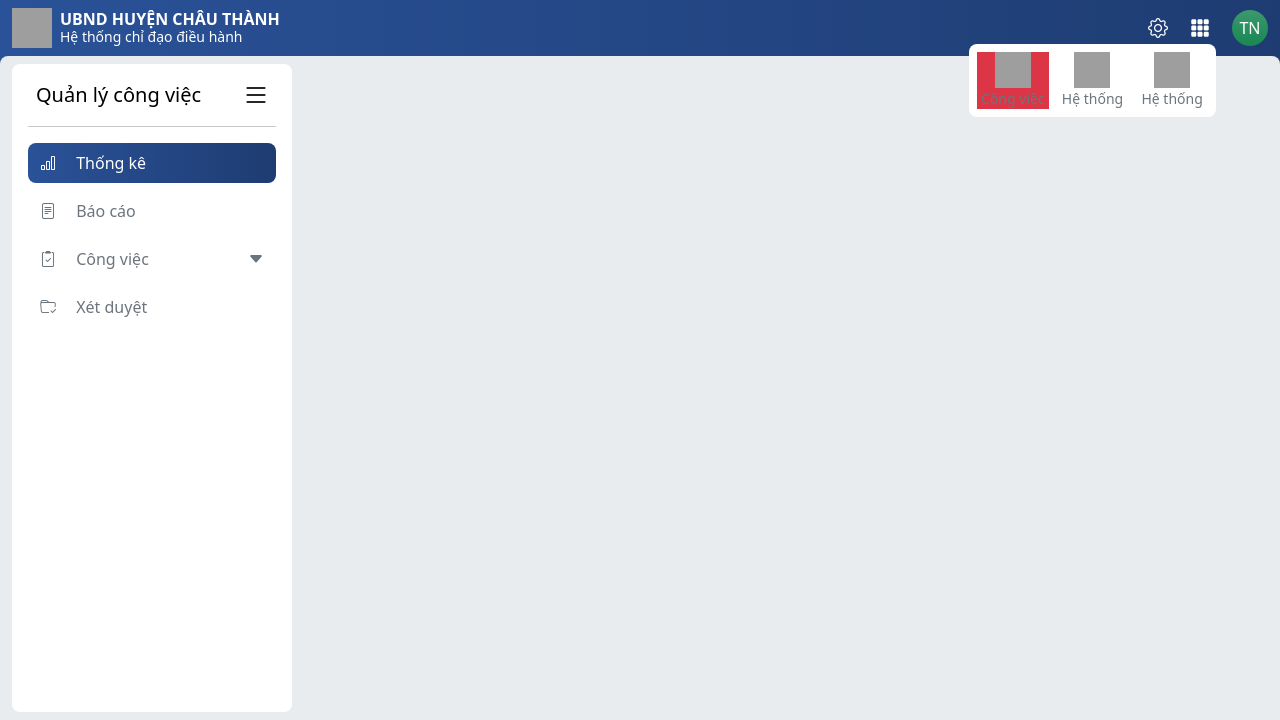
Repository: mys-pro/DATT-HeThongChiDaoDieuHanh
Page: index.html
An editor plug-in stored every save of this project. The page is shown before and after the next save, followed by the edit.
The browser window is 1280 px wide. The pictures show the whole page.
Pictures or frames that could not be fetched are drawn as grey boxes.

Above is the page before, as saved 2024-04-21 15:16:00.

### index.html
<!DOCTYPE html>
<html lang="en">

<head>
    <meta charset="UTF-8">
    <meta name="viewport" content="width=device-width, initial-scale=1.0">
    <link rel="icon" href="./Assets/Image/icon.png" />
    <title>Hệ thống chỉ đạo điều hành</title>
    <link rel="stylesheet" href="./Bootstrap/bootstrap-icons-1.11.3/font/bootstrap-icons.min.css">
    <link rel="stylesheet" href="./Bootstrap/bootstrap-5.3.3-dist/css/bootstrap.min.css">
    <link rel="stylesheet" href="./Assets/css/Styles.css">
    <script src="./Assets/js/jquery-3.7.1.min.js"></script>
    <script src="./Bootstrap/bootstrap-5.3.3-dist/js/bootstrap.bundle.min.js"></script>
    <script src="./Assets/js/script.js"></script>
</head>

<body>
    <div class="app">
        <header class="header">
            <nav class="header__navbar navbar">
                <div class="header__navbar-container container-fluid">
                    <a href="#" class="header__navbar-logo navbar-brand p-0 d-flex">
                        <img class="header__navbar-img" src="./Assets/Image/Logo.png" alt="">
                        <div class="header__navbar-name mx-2 text-white align-content-center">
                            <h6 class="fw-bold p-0 m-0">UBND HUYỆN CHÂU THÀNH</h6>
                            <h6 class="fw-normal p-0 m-0">Hệ thống chỉ đạo điều hành</h6>
                        </div>
                    </a>

                    <ul class="header__navbar-list list-inline p-0 m-0 d-flex">
                        <li class="header__navbar-item ms-3 align-content-center">
                            <a class="border-0 bg-transparent rounded-circle text-white">
                                <i class="bi bi-gear fs-5"></i>
                            </a>
                        </li>
                        <li class="header__navbar-item ms-3 align-content-center position-relative">
                            <button type="button" class="border-0 bg-transparent rounded-circle text-white"
                                id="dropdown-apps">
                                <i class="bi bi-grid-3x3-gap-fill fs-5"></i>
                            </button>
                            <div class="list-apps bg-white rounded-3 position-absolute p-2">
                                <div class="row row-cols-3 g-2">
                                    <div class="col">
                                        <a href="#" class="text-decoration-none text-secondary d-flex flex-column align-items-center bg-danger">
                                            <img src="./Assets/Image/task-icon.png" alt="" width="36px" height="36px">
                                            Công việc
                                        </a>
                                    </div>
                                    <div class="col">
                                        <a href="#" class="text-decoration-none text-secondary d-flex flex-column align-items-center">
                                            <img src="./Assets/Image/admin-icon.png" alt="" width="36px" height="36px">
                                            Hệ thống
                                        </a>
                                    </div>
                                    <div class="col">
                                        <a href="#" class="text-decoration-none text-secondary d-flex flex-column align-items-center">
                                            <img src="./Assets/Image/admin-icon.png" alt="" width="36px" height="36px">
                                            Hệ thống
                                        </a>
                                    </div>
                                </div>
                            </div>
                        </li>
                        <li class="header__navbar-item ms-3">
                            <div
                                class="header__navbar-avatar border-0 bg-success bg-gradient rounded-circle text-white text-center align-content-center">
                                TN</div>
                        </li>
                    </ul>
                </div>
            </nav>
        </header>

        <div class="app__container bg-body-secondary rounded-top-3 py-2">
            <div class="container-fluid">
                <div class="sidebar bg-white rounded-3 p-3 open">
                    <div class="side__bar-tile d-flex position-relative">
                        <span class="ms-2 text-black fs-5 text-nowrap">Quản lý công việc</span>
                        <button type="button"
                            class="sidebar__collapse-btn border-0 bg-white position-absolute text-end end-0">
                            <i class="bi bi-list"></i>
                        </button>
                    </div>
                    <hr>

                    <ul class="sidebar-list list-unstyled p-0 m-0">
                        <li class="sidebar-item mb-2">
                            <a href="#" class="rounded-3 text-secondary text-nowrap d-block active">
                                <i class="bi bi-bar-chart me-3"></i>
                                <span>Thống kê</span>
                            </a>
                        </li>

                        <li class="sidebar-item mb-2">
                            <a href="#" class="rounded-3 text-secondary text-nowrap d-block">
                                <i class="bi bi-file-text me-3"></i>
                                <span>Báo cáo</span>
                            </a>
                        </li>

                        <li class="sidebar-item mb-2">
                            <a href="#" class="position-relative rounded-3 text-secondary text-nowrap d-block collapsed"
                                data-bs-toggle="collapse" data-bs-target="#sidebarToggleExternalContent">
                                <i class="bi bi-clipboard2-check me-3"></i>
                                <span>Công việc</span>
                                <i class="bi bi-caret-down-fill"></i>
                            </a>

                            <ul class="sidebar-list-child collapse list-inline text-secondary text-nowrap"
                                id="sidebarToggleExternalContent">
                                <li class="sidebar-item-child mt-2">
                                    <a href="#"
                                        class="text-secondary rounded-3 text-nowrap d-block d-flex justify-content-between align-items-center active">
                                        Tất cả
                                        <span class="badge text-bg-danger rounded-pill">1</span>
                                    </a>
                                </li>
                                <li class="sidebar-item-child mt-2">
                                    <a href="#"
                                        class="text-secondary rounded-3 text-nowrap d-block d-flex justify-content-between align-items-center">
                                        Dự thảo
                                        <span class="badge text-bg-danger rounded-pill">1</span>
                                    </a>
                                </li>
                                <li class="sidebar-item-child mt-2">
                                    <a href="#"
                                        class="text-secondary rounded-3 text-nowrap d-block d-flex justify-content-between align-items-center">
                                        Hoàn thành
                                        <span class="badge text-bg-danger rounded-pill">1</span>
                                    </a>
                                </li>
                                <li class="sidebar-item-child mt-2">
                                    <a href="#"
                                        class="text-secondary rounded-3 text-nowrap d-block d-flex justify-content-between align-items-center">
                                        Chờ phê duyệt
                                        <span class="badge text-bg-danger rounded-pill">1</span>
                                    </a>
                                </li>
                                <li class="sidebar-item-child mt-2">
                                    <a href="#"
                                        class="text-secondary rounded-3 text-nowrap d-block d-flex justify-content-between align-items-center">
                                        Làm lại
                                        <span class="badge text-bg-danger rounded-pill">1</span>
                                    </a>
                                </li>
                                <li class="sidebar-item-child mt-2">
                                    <a href="#"
                                        class="text-secondary rounded-3 text-nowrap d-block d-flex justify-content-between align-items-center">
                                        Bị hủy
                                        <span class="badge text-bg-danger rounded-pill">1</span>
                                    </a>
                                </li>
                            </ul>
                        </li>

                        <li class="sidebar-item mb-2">
                            <a href="#" class="rounded-3 text-secondary text-nowrap d-block">
                                <i class="bi bi-folder-check me-3"></i>
                                <span>Xét duyệt</span>
                            </a>
                        </li>
                    </ul>
                </div>
            </div>
        </div>
    </div>
</body>

</html>

### Assets/css/Styles.css
:root {
    --primary-color: #2a5298;
    --primary-gradient-color: linear-gradient(to left, #1e3c72, #2a5298);
    --bs-body-color: #212529;
}

body {
    overflow: auto;
}

.col-0 {
    display: none;
}

.app {
    background-image: var(--primary-gradient-color);
}
/* ======Navbar====== */
.header__navbar-img {
    width: 40px;
    height: 40px;
}

.header__navbar-name h6:first-child {
    font-size: 16px;
}

.header__navbar-name h6:last-child {
    font-size: 14px;
}

.header__navbar-avatar {
    width: 36px;
    height: 36px;
}

.header__navbar-item a {
    cursor: pointer;
}

.header__navbar-item span {
    top: 25%;
    right: -15px;
}

.list-apps {
    width: 247px;
    right: 0;
    font-size: 14px;
}

/* ======Sidebar====== */
.sidebar {
    --height: calc(100vh - 56px - 16px);
    min-height: var(--height);
    width: 72px;
    transition: all .2s ease-out;
}

.sidebar.open {
    width: 280px;
}

.sidebar a {
    padding: 8px 12px;
    text-decoration: none;
    overflow: hidden;
}

.sidebar span {
    overflow: hidden;
}

.sidebar__collapse-btn {
    font-size: 28px;
    line-height: 0;
}

.sidebar-list-child {
    overflow: hidden;
}

.sidebar-item > a:hover {
    background-color: rgba(0, 0, 0, 0.05) !important;
}

.sidebar-item > a:active {
    background-color: rgba(0, 0, 0, 0.1) !important;
}

.sidebar-item > a.active {
    background-image: var(--primary-gradient-color);
    color: white !important;
}

.sidebar:not(.open) .sidebar-list-child {
    display: none;
}

.sidebar-item > a[data-bs-toggle="collapse"].collapsed > i:last-child {
    position: absolute;
    right: 12px;
    top: 0.5rem;
    transform: rotate(0deg);
    transition: all .2s ease-out;
}

.sidebar-item > a[data-bs-toggle="collapse"] > i:last-child {
    position: absolute;
    right: 12px;
    top: 0.5rem;
    transform: rotate(180deg);
    transition: all .2s ease-out;
}

.sidebar:not(.open) .sidebar-item > a[data-bs-toggle="collapse"] > i:last-child {
    display: none;
}

.sidebar-item-child > a:not(.active):hover {
    background-color: rgba(0, 0, 0, 0.05) !important;
}

.sidebar-item-child > a:not(.active):active,
.sidebar-item-child > a.active {
    background-color: rgba(0, 0, 0, 0.1) !important;
}

@media (max-width: 576px) {
    .sidebar {
        display: none;
    }

    .header__navbar-list {
        display: none !important;
    }
}

### Assets/js/script.js
$(document).ready(function() {
    $('.sidebar__collapse-btn').click(function() {
        $(".sidebar").toggleClass("open");
    });

    $('.sidebar-item > a').click(function() {
        $('.sidebar-item > a').removeClass("active");
        $(this).addClass("active");
        $('#sidebarToggleExternalContent').collapse('hide');
    });

    $('.sidebar-item > a[data-bs-toggle="collapse"]').click(function() {
        $('.sidebar-item-child > a').removeClass("active");
        $('.sidebar-item-child > a:first').addClass("active");
      });

    $('.sidebar-item-child > a').click(function() {
        $('.sidebar-item-child > a').removeClass("active");
        $(this).addClass("active");
    });
});

Loaded but not shown: library/Bootstrap/bootstrap-icons-1.11.3/font/bootstrap-icons.min.css (library); library/Bootstrap/bootstrap-5.3.3-dist/css/bootstrap.min.css (library); Public/js/jquery-3.7.1.min.js (library); library/Bootstrap/bootstrap-5.3.3-dist/js/bootstrap.bundle.min.js (library)

After the next save:
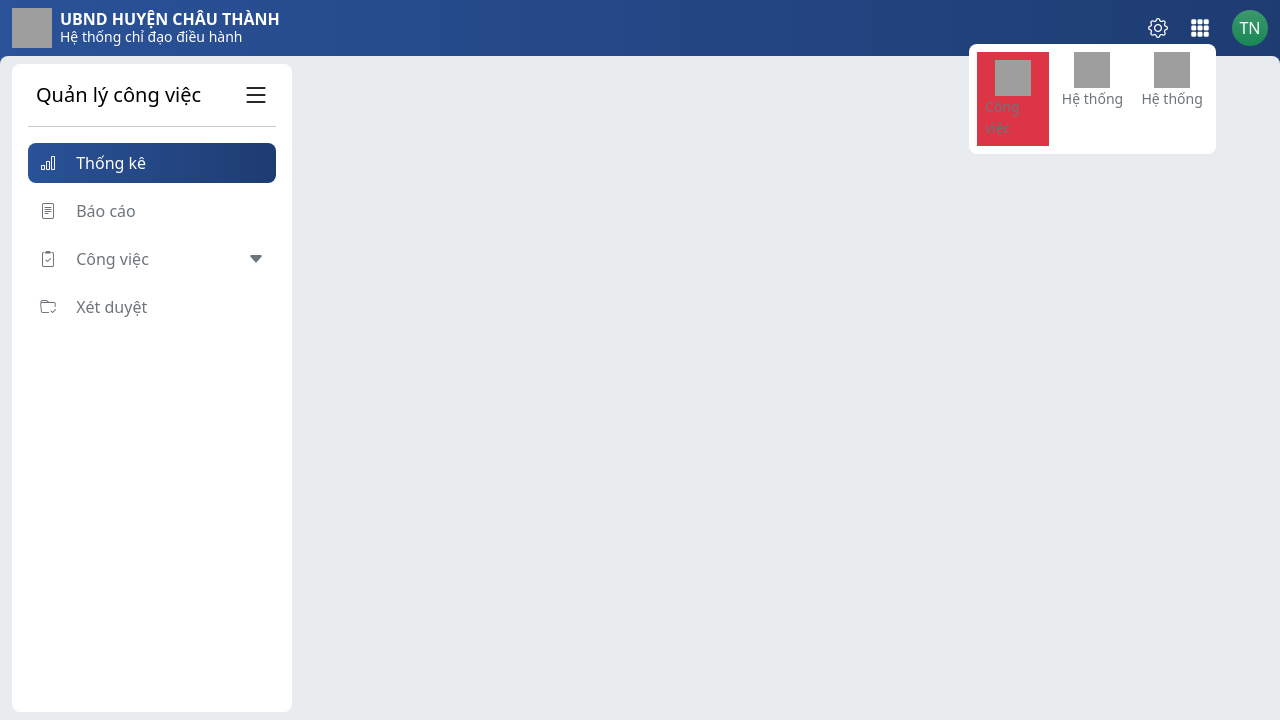
Saved 6 s later.
--- a/index.html
+++ b/index.html
@@ -41,7 +41,7 @@
                             <div class="list-apps bg-white rounded-3 position-absolute p-2">
                                 <div class="row row-cols-3 g-2">
                                     <div class="col">
-                                        <a href="#" class="text-decoration-none text-secondary d-flex flex-column align-items-center bg-danger">
+                                        <a href="#" class="text-decoration-none text-secondary d-flex flex-column align-items-center bg-danger p-2">
                                             <img src="./Assets/Image/task-icon.png" alt="" width="36px" height="36px">
                                             Công việc
                                         </a>
